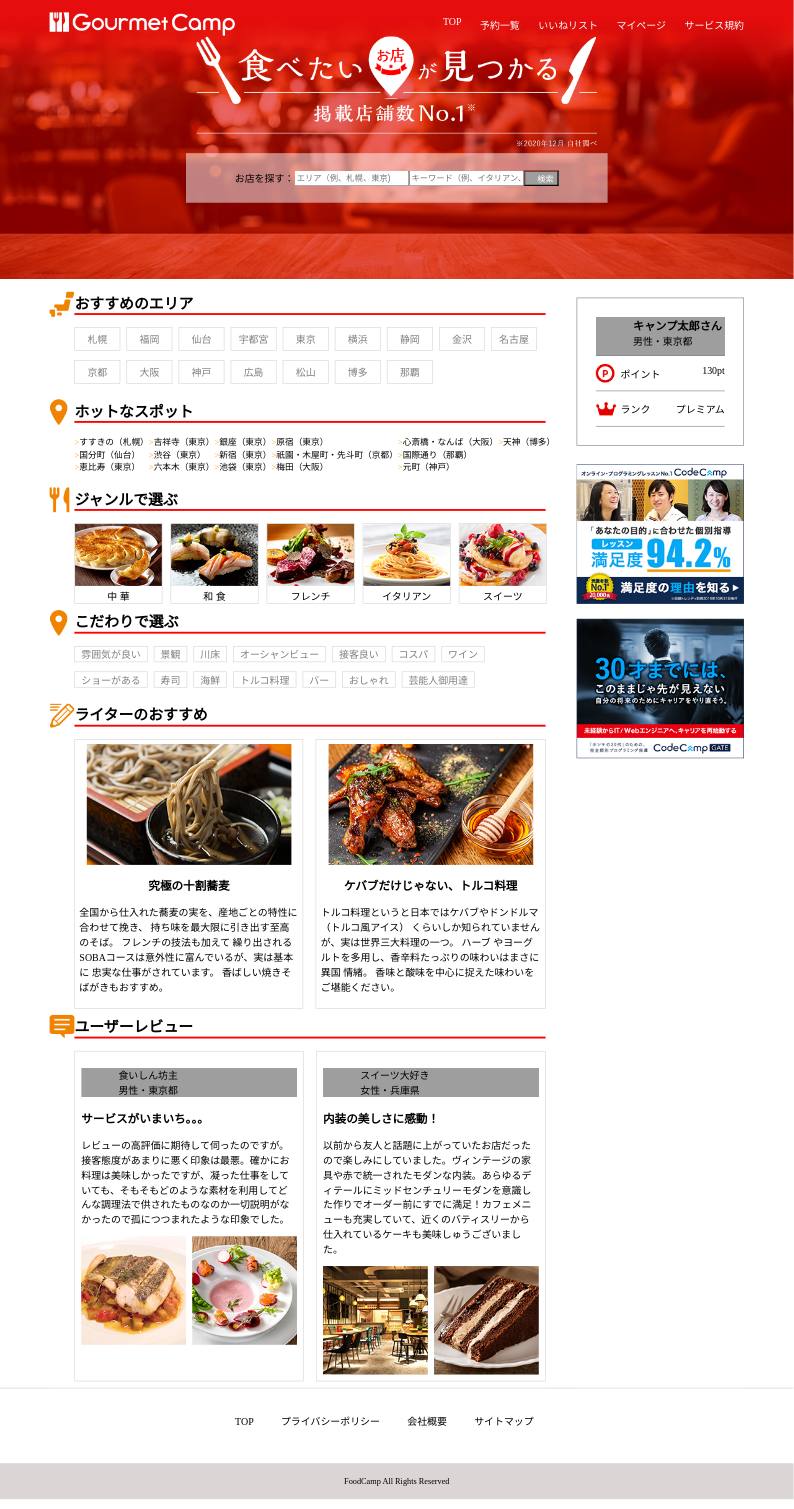
Repository: wadashuri/gourmand-site
Page: sample/gourmet_camp.html
The author's editor kept a record of every edit. The page is drawn from the files as they stood at one moment, then again after the next edit.
The browser window is 1280 px wide. The pictures show the whole page, at 62% of full size.
Pictures or frames that could not be fetched are drawn as grey boxes.

Above is the page before.

After the next edit:
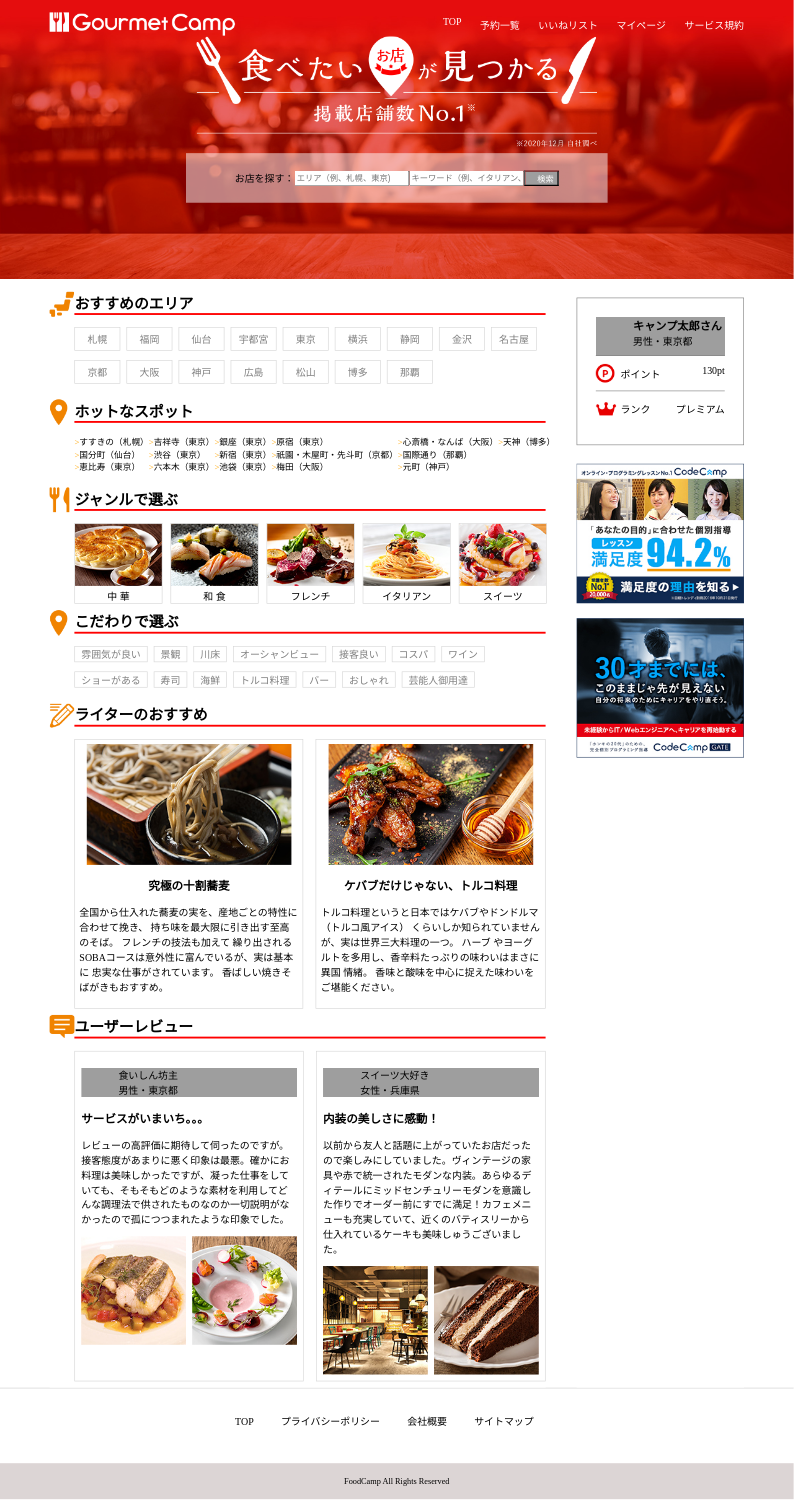
The edit:
--- a/sample/styles/gourmet_camp.css
+++ b/sample/styles/gourmet_camp.css
@@ -376,7 +376,6 @@
     background-image: url(../oukan.png);
     background-repeat: no-repeat;
     padding-left: 40px;
-    border-bottom: 1px solid gray;
     display: flex;
     justify-content: space-between;
     background-position: left;
